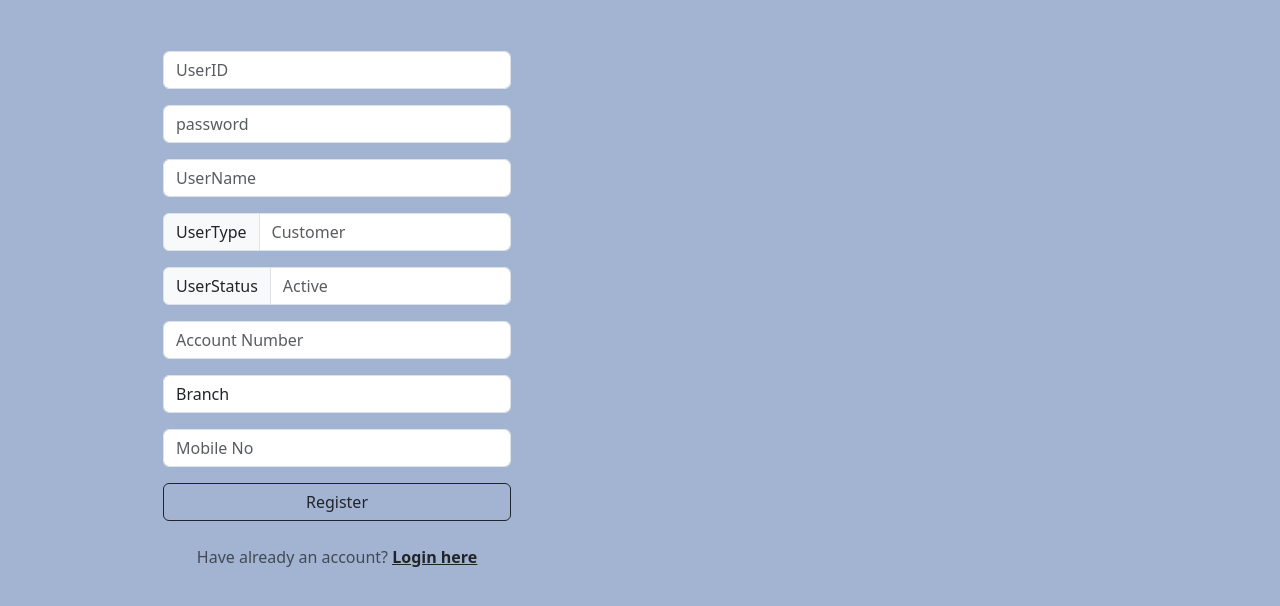
Repository: Kapil-06/My-Java-Projects
Page: AJAX Module/src/main/webapp/Registration.html
These files come from the project's save history. The page is drawn as it stood at one moment and after the next save; the edit follows.
The browser window is 1280 px wide. The pictures show the whole page.

Above is the page before, as saved 2023-06-15 11:03:37.

After the next save:
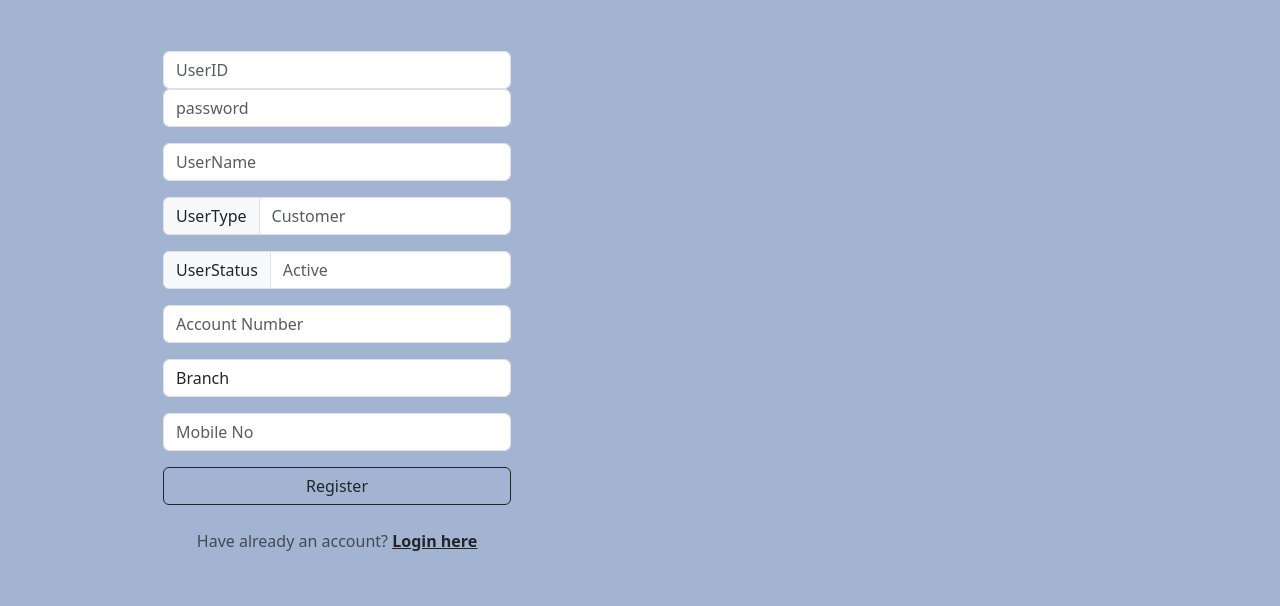
Saved 2 min 57 s later.
--- a/AJAX Module/src/main/webapp/Registration.html
+++ b/AJAX Module/src/main/webapp/Registration.html
@@ -41,10 +41,10 @@
             <tr style="border:0px solid black">
                 <td>
 
-                    <div class="form-outline mb-3">
+
                         <input type="text" name="uid" class="form-control"  placeholder="UserID">
                         <div id="res" ></div>
-                    </div>
+
 
                     <div class="form-outline mb-3">
                         <input type="password" name="psw"  class="form-control" placeholder="password" onfocus="makeGetRequest()">

After the save that followed:
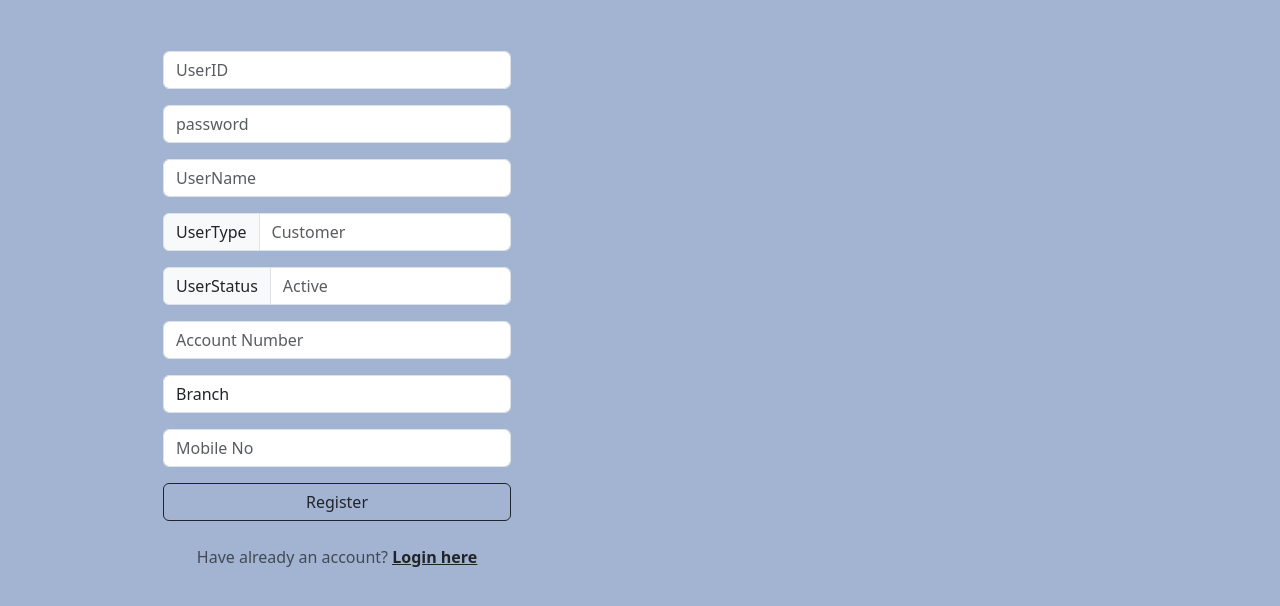
Saved 31 s later.
--- a/AJAX Module/src/main/webapp/Registration.html
+++ b/AJAX Module/src/main/webapp/Registration.html
@@ -29,7 +29,7 @@
     function processResponse() {
         if(http.readyState == 4){
             var response = http.responseText;
-            document.getElementById('res').innerHTML = response;
+            document.getElementById('info').innerHTML = response;
         }
     }
 </script>
@@ -41,10 +41,10 @@
             <tr style="border:0px solid black">
                 <td>
 
-
+                    <div class="form-outline mb-3">
                         <input type="text" name="uid" class="form-control"  placeholder="UserID">
-                        <div id="res" ></div>
-
+                        <div id="info" ></div>
+                    </div>
 
                     <div class="form-outline mb-3">
                         <input type="password" name="psw"  class="form-control" placeholder="password" onfocus="makeGetRequest()">
